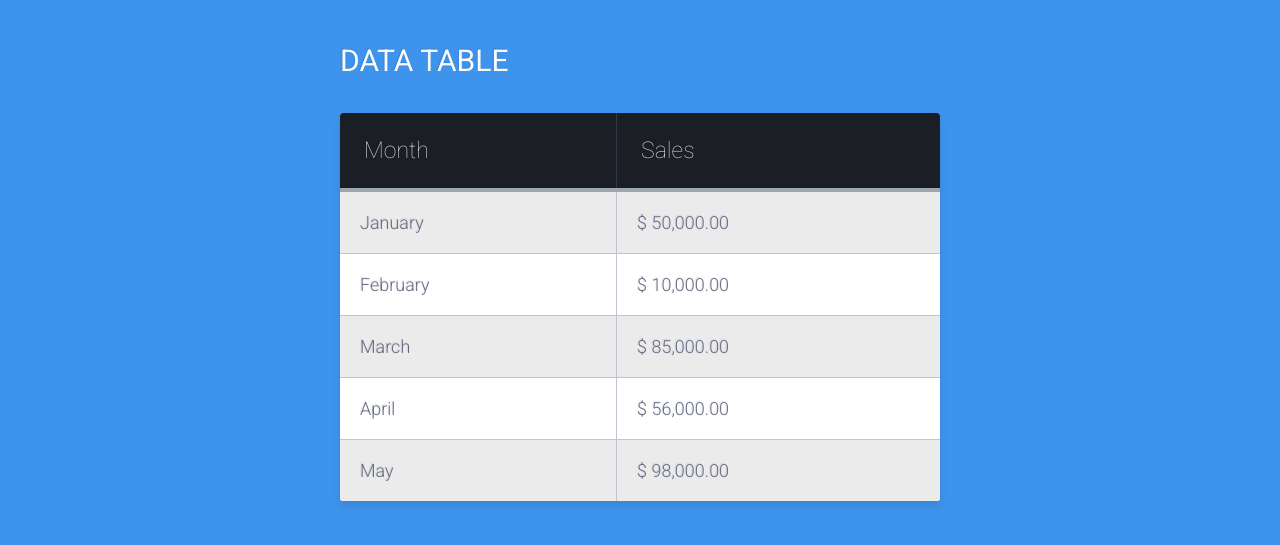
Repository: sudhanshuptl/LMS
Page: http://localhost/LMSWeb/display_user.jsp
These files come from the project's save history. The page is drawn as it stood at one moment and after the next save; the edit follows.
The browser window is 1280 px wide. The pictures show the whole page.
The page is served by Tomcat 9.

Above is the page before, as saved 2016-11-24 18:29:54.

After the next save:
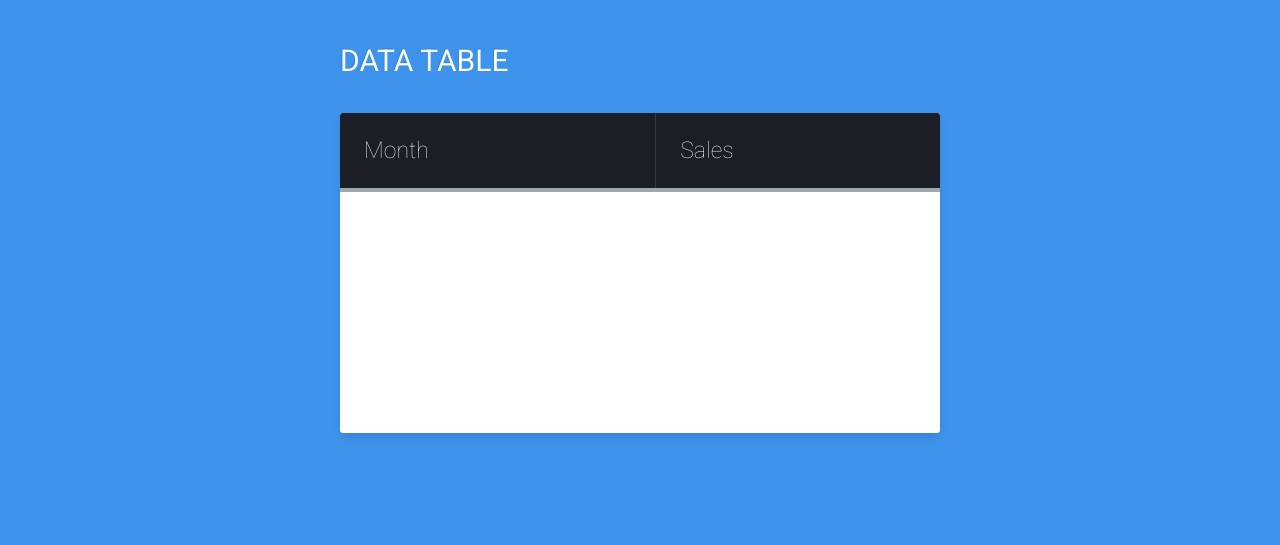
Saved 99 s later.
--- a/LMSWeb/WebContent/display_user.jsp
+++ b/LMSWeb/WebContent/display_user.jsp
@@ -18,26 +18,9 @@
 </tr>
 </thead>
 <tbody class="table-hover">
-<tr>
-<td class="text-left">January</td>
-<td class="text-left">$ 50,000.00</td>
-</tr>
-<tr>
-<td class="text-left">February</td>
-<td class="text-left">$ 10,000.00</td>
-</tr>
-<tr>
-<td class="text-left">March</td>
-<td class="text-left">$ 85,000.00</td>
-</tr>
-<tr>
-<td class="text-left">April</td>
-<td class="text-left">$ 56,000.00</td>
-</tr>
-<tr>
-<td class="text-left">May</td>
-<td class="text-left">$ 98,000.00</td>
-</tr>
+<%
+
+%>
 </tbody>
 </table>
 
